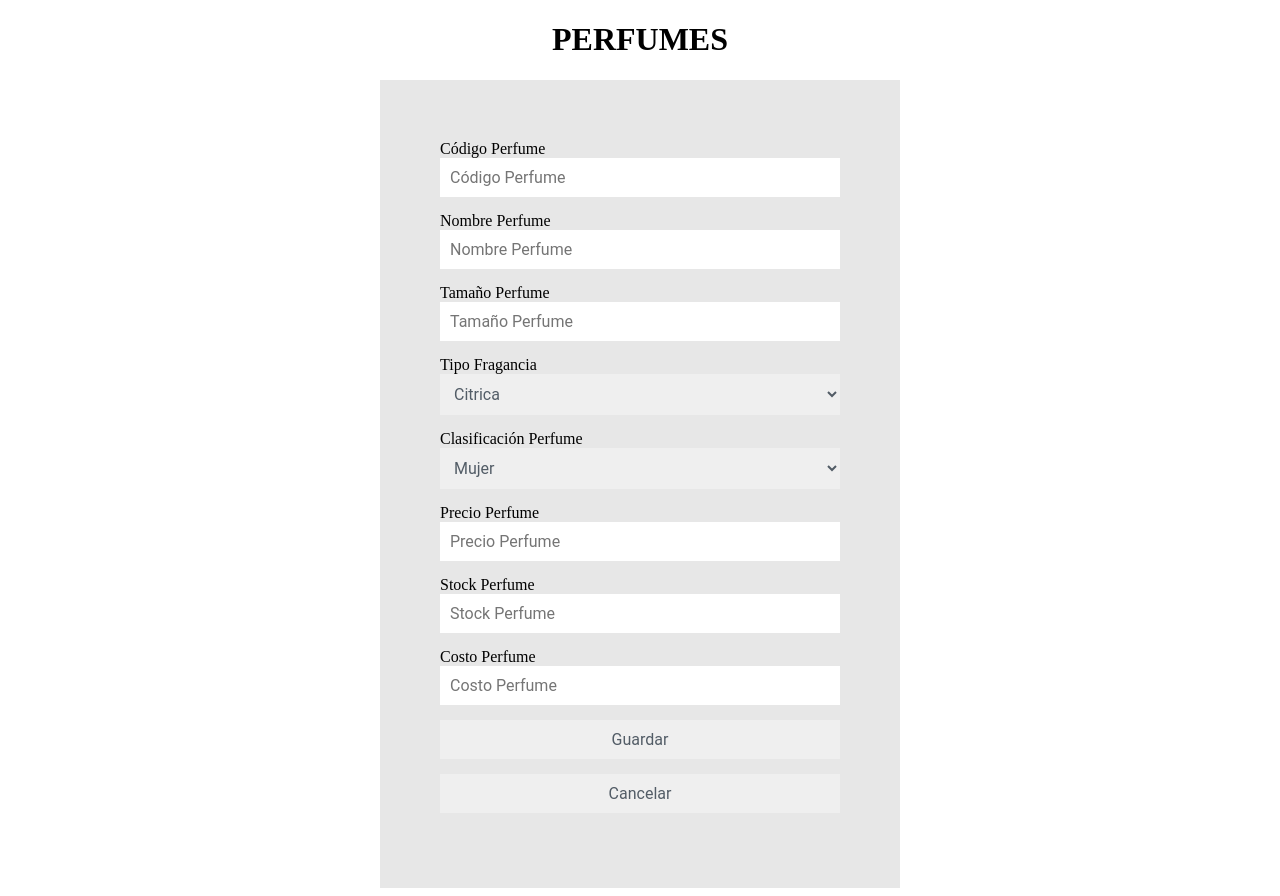
Repository: alejamorenovallejo/arosmile
Page: perfume.html
These files come from the project's save history. The page is drawn as it stood at one moment and after the next save; the edit follows.
The browser window is 1280 px wide. The pictures show the whole page.

Above is the page before, as saved 2021-09-12 02:18:10.
Not found: main.js

After the next save:
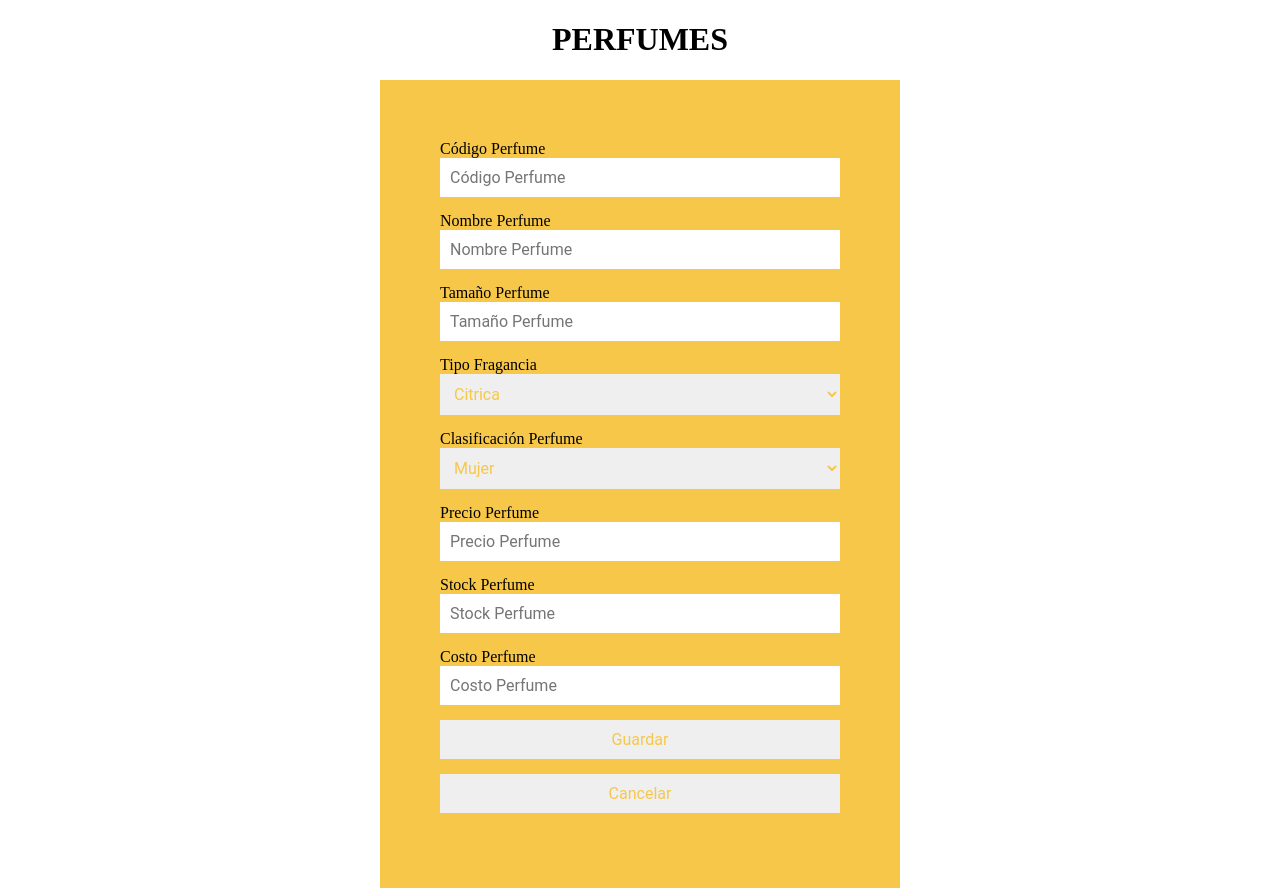
Saved 86 s later.
--- a/css/style.css
+++ b/css/style.css
@@ -1,7 +1,7 @@
 form {
   padding: 60px;
   max-width: 400px;
-  background-color: #e7e7e7;
+  background-color: #F7C74A;
   margin: 0 auto;
 }
 form input, form select{
@@ -12,7 +12,7 @@ form input, form select{
     -webkit-box-sizing: border-box;
     box-sizing: border-box;
     border: none;
-    color: #525c66;
+    color:#F7C74A;
     font-size: 1em;
     resize: horizontal;
 }
